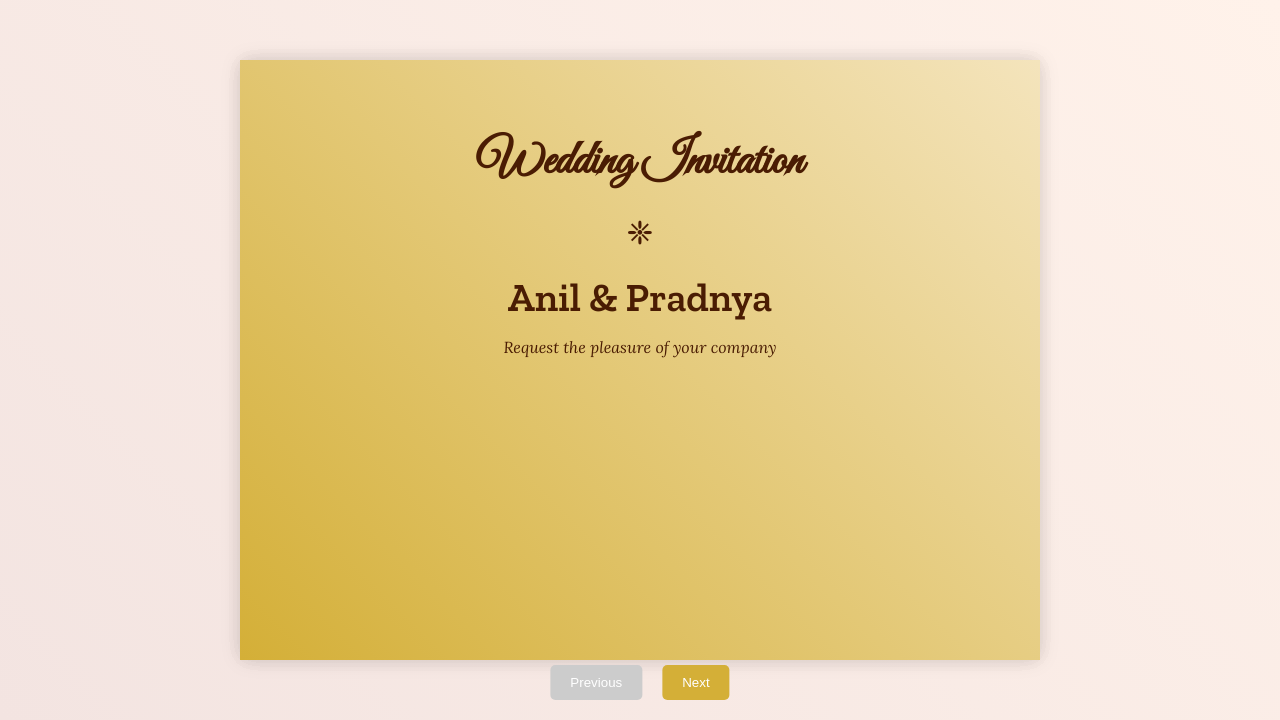
Repository: abhibkop27/finalwedding
Page: index.html
These files come from the project's save history. The page is drawn as it stood at one moment and after the next save; the edit follows.
The browser window is 1280 px wide. The pictures show the whole page.

Above is the page before, as saved 2025-02-17 12:56:40.

After the next save:
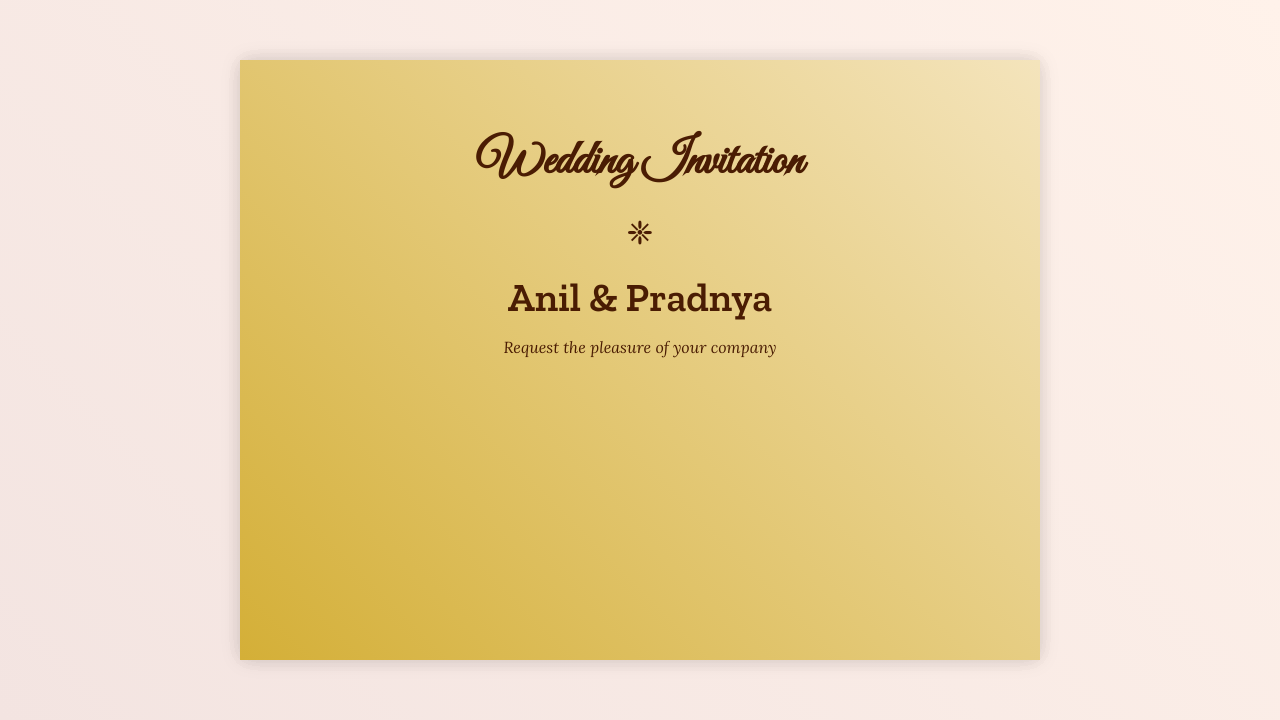
Console error: TypeError: Cannot read properties of null (reading 'addEventListener')
Saved 13 min 24 s later.
--- a/index.html
+++ b/index.html
@@ -80,10 +80,10 @@ We look forward to your love and blessings."
         </div>
     </div>
 
-    <div class="navigation">
+    <!-- <div class="navigation">
         <button id="prevBtn" class="nav-button" disabled>Previous</button>
         <button id="nextBtn" class="nav-button">Next</button>
-    </div>
+    </div> -->
 
     <script src="script.js"></script>
 </body>
